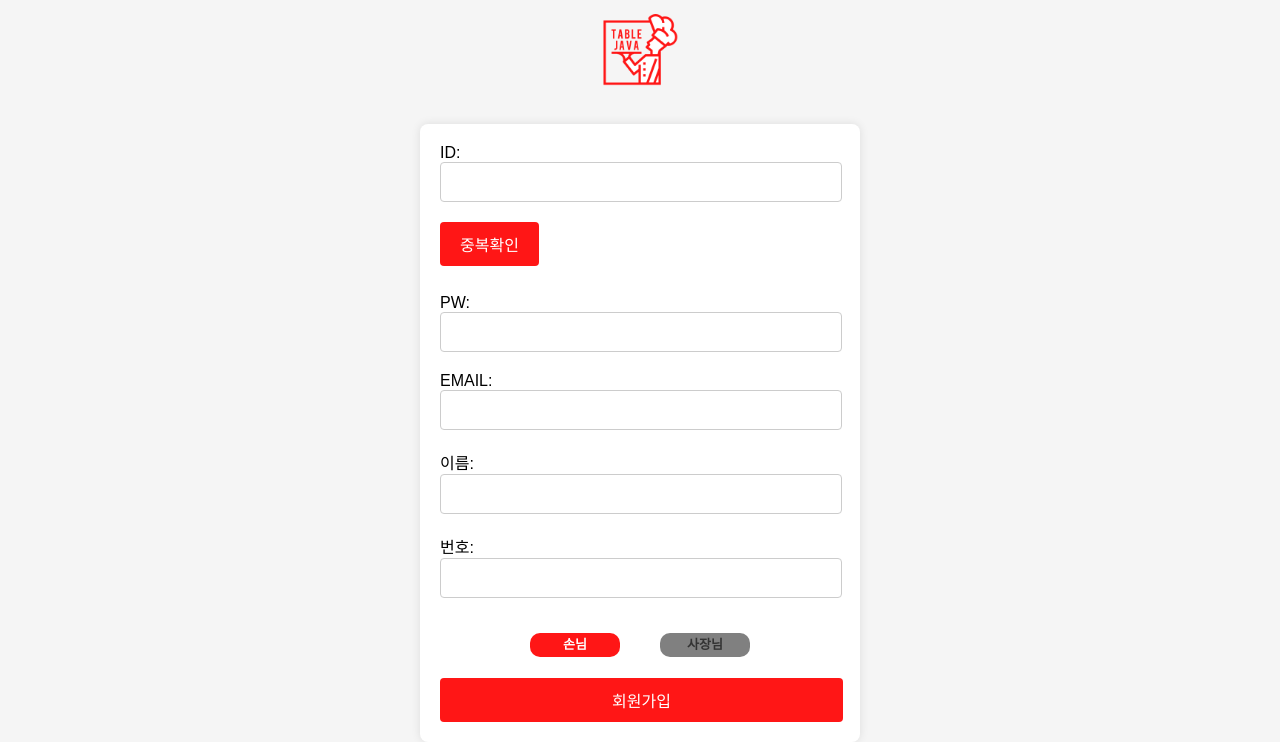
Repository: MeGuuuun/-_TableJava
Page: http://localhost/kimbanbagi/join.jsp
The author's editor kept a copy of each file at every save. The page is drawn from the files as they stood at one save, then again after the next save.
The browser window is 1280 px wide. The pictures show the whole page.
The page is served by Tomcat 10. Other server files are loaded and not shown.

Above is the page before, as saved 2024-06-12 07:23:52.

### tableJava/kimbanbagi/WebContent/join.jsp
<%@ page language="java" contentType="text/html; charset=UTF-8"
    pageEncoding="UTF-8"%>
<!DOCTYPE html>
<html>
<head>
<meta charset="UTF-8">
<title>Insert title here</title>
<link rel="stylesheet" href="css/join.css">
<script src="jquery-1.11.0.min.js"></script>
<script src="https://code.jquery.com/jquery-3.6.0.min.js"></script>
<link rel="stylesheet" href="css/join.css">
<script>

//아이디 중복 체크 메소드
function checkId() {
    var userId = document.getElementById("userId").value;
    if (userId.trim() === "") {
        alert("아이디를 입력해주세요.");
        return;
    }
    $.ajax({
        type: "POST",
        url: "join",
        data: { action: "idCheck", userID: userId },
        success: function(response) {
            $('#idCheckResult').text(response);
        },
        error: function() {
            alert("중복 확인에 실패했습니다. 다시 시도해주세요.");
        }
    });

}

function validateForm() {
    var userId = document.getElementById("userId").value;
    var userPw = document.getElementsByName("userPW")[0].value;
    var userEmail = document.getElementsByName("userEmail")[0].value;
    var userName = document.getElementsByName("userName")[0].value;
    var userNumber = document.getElementsByName("userNumber")[0].value;

    if (userId.trim() === "") {
        alert("아이디를 입력해주세요.");
        return false;
    }
    if (userPw.trim() === "") {
        alert("비밀번호를 입력해주세요.");
        return false;
    }
    if (userEmail.trim() === "") {
        alert("이메일을 입력해주세요.");
        return false;
    }
    if (userName.trim() === "") {
        alert("이름을 입력해주세요.");
        return false;
    }
    if (userNumber.trim() === "") {
        alert("번호를 입력해주세요.");
        return false;
    }

    return true;
}
</script>
</head>
<body>
<div class="logo_image">
	<img src="image/logo.png">
</div>

<div class="container">
	<form action="join" method="post" onsubmit="return validateForm()">
		ID:<br>
		<input type="text" name="userID" id = "userId">
		 <button type="button" onclick="checkId()">중복확인</button>
		<%
            String status = (String) request.getAttribute("status");
            if (status != null && !status.isEmpty()) {
        %>
            <%= status %>
        <% } %>

		<span id="idCheckResult"></span><br>
		PW:<br>
		<input type="text" name="userPW"><br>
		EMAIL:<br>
		<input type="text" name="userEmail"><br>
		이름:<br>
		<input type="text" name="userName"><br>
		번호:<br>
		<input type="text" name="userNumber"><br>
		<div class ="select">
			<input type="radio" id="customer" name="role" value="customer" checked>
			<label for="customer">손님</label>
			<input type="radio" id="owner" name="role" value="owner">
			<label for="owner">사장님</label>
		</div>
		<div class="join_button">
			<button type="submit" name="action" value="join">회원가입</button>
		</div>
	</form>
</div>
</body>
</html>

### tableJava/kimbanbagi/WebContent/css/join.css
body {
    font-family: Arial, sans-serif;
    background-color: #f5f5f5;
    margin: 0;
    padding: 0;

}

h1 {
    font-size: 24px;
    margin-bottom: 20px;
    color: #333;
    padding-top: 20px;
}

.container {
    max-width: 400px;
    margin: 0 auto; /* 가운데 정렬을 위해 margin 수정 */
    background-color: #fff;
    padding: 20px;
    border-radius: 8px;
    box-shadow: 0 0 10px rgba(0, 0, 0, 0.1);
}

form label {
    display: block;
    font-size: 16px;
    margin-bottom: 6px;
}

form input[type="text"],
form input[type="password"] {
    width: calc(100% - 20px);
    padding: 10px;
    font-size: 16px;
    margin-bottom: 20px;
    border: 1px solid #ccc;
    border-radius: 4px;
}

form input[type="radio"] {
    display: none; /* 라디오 버튼 숨기기 */
}

form button[type="button"] {
    background-color: #FF1616; /* 색상을 #FF1616로 변경 */
    color: #fff;
    padding: 10px 20px;
    border: none;
    border-radius: 4px;
    font-size: 16px;
    cursor: pointer;

}

form button[type="submit"] {
    background-color: #FF1616; /* 색상을 #FF1616로 변경 */
    color: #fff;
    padding: 10px 20px;
    border: none;
    border-radius: 4px;
    font-size: 16px;
    cursor: pointer;
    width: 403px;
    transition: background-color 0.3s;
}

form button[type="submit"]:hover {
    background-color: #ff6d2a; /* hover 시 배경색 변경 */
}

#error-message {
    color: #ff0000;
    margin-top: 10px;
}

#idCheckResult {
    display: block;
    margin-top: 10px;
}

.logo_image {
    text-align: center;
    margin-bottom: 20px; /* 로고 이미지와 폼 사이의 간격 추가 */
}

.logo_image img {
    width: 100px; /* 원하는 크기로 설정 */
    height: 100px; /* 원하는 크기로 설정 */
}

.select {
	display:flex;
	justify-content:center;
    padding: 15px 0;
}

.select input[type=radio] {
    display: none; /* 라디오 버튼 숨기기 */
}

.select label {
    display: inline-block;
    cursor: pointer;
    height: 24px;
    width: 90px;
    border: 0px solid;
    border-radius:10px;
    line-height: 24px;
    text-align: center;
    font-weight: bold;
    font-size: 13px;
    background-color: gray;
    color: #333;
    margin-right: 40px;
}

.select label:last-of-type {
    margin-right: 0; /* 마지막 label의 오른쪽 margin 제거 */
}

.select input[type=radio]:checked + label {
    background-color: #FF1616;
    color: #fff;
}

Loaded but not shown: tableJava/kimbanbagi/WebContent/js/jquery-1.11.0.min.js (library)

After the next save:
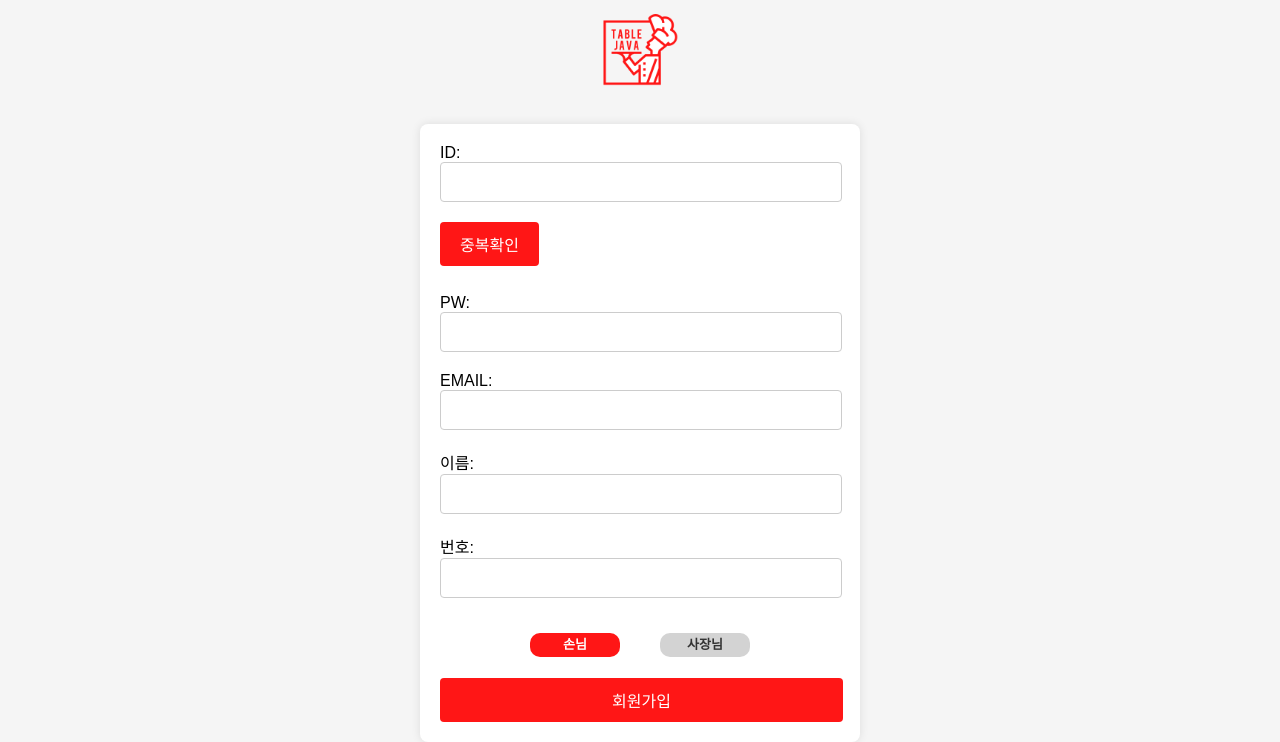
Saved 18 s later.
--- a/tableJava/kimbanbagi/WebContent/css/join.css
+++ b/tableJava/kimbanbagi/WebContent/css/join.css
@@ -110,7 +110,7 @@ form button[type="submit"]:hover {
     text-align: center;
     font-weight: bold;
     font-size: 13px;
-    background-color: gray;
+    background-color: lightgray;
     color: #333;
     margin-right: 40px;
 }
